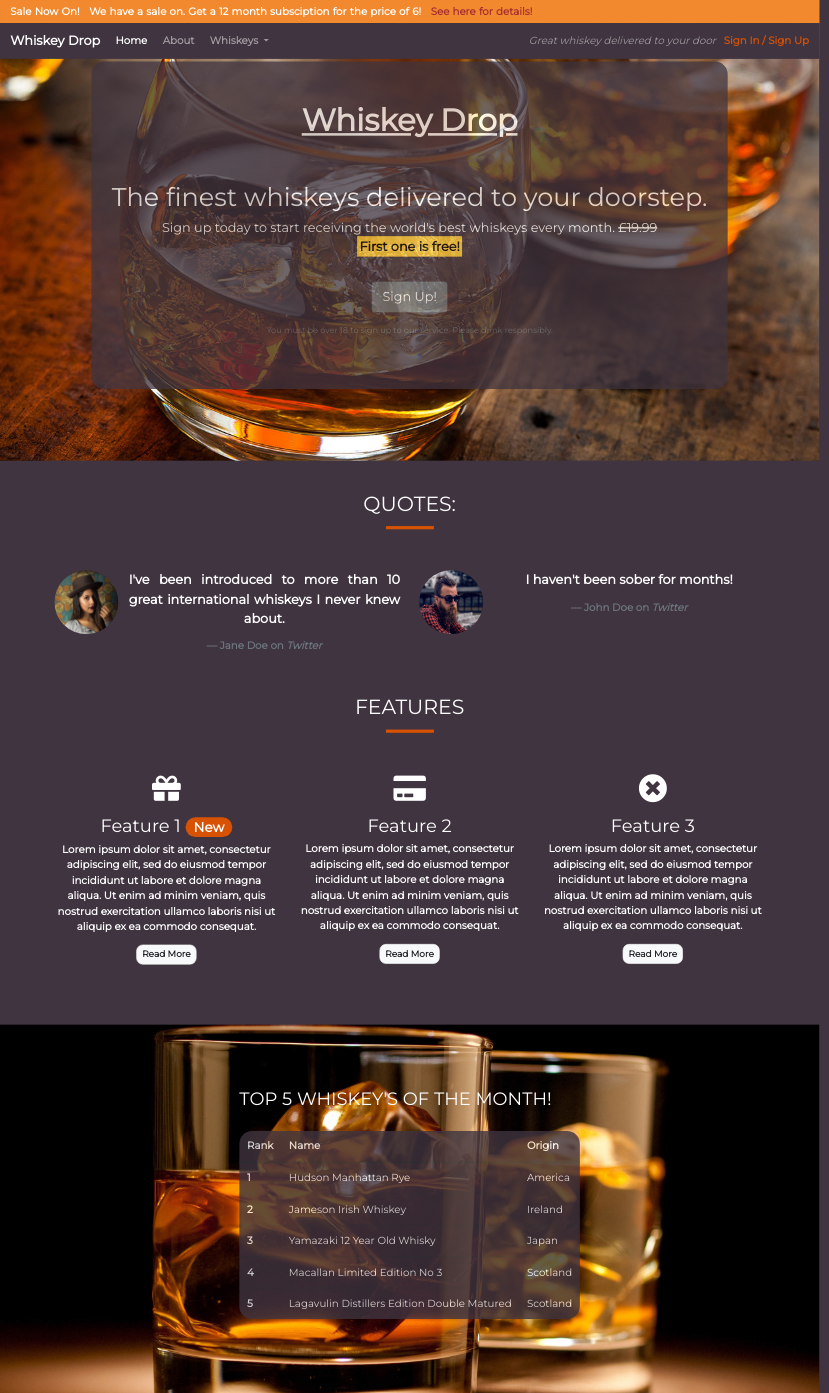
Repository: ClaireRoberts1403/Whiskey-Drop
Page: index.html
The author's editor kept a record of every edit. The page is drawn from the files as they stood at one moment, then again after the next edit.
The browser window is 1280 px wide. The page is 1295 px wide, so the pictures cover 1295 px, including what lies to the right of the window. The pictures show the whole page, at 64% of full size.
Backgrounds fixed to the window are drawn as part of the page. Some web libraries are served in a nearby version.

Above is the page before.

### index.html
<!DOCTYPE html>
<html lang="en-us">

<head>
    <meta charset="utf-8">
    <meta name="viewport" content="width=device-width, initial-scale=1.0">
    <title>Whiskey Drop | Taste a new whiskey every month</title>
    <link rel="stylesheet" href="https://maxcdn.bootstrapcdn.com/bootstrap/4.1.3/css/bootstrap.min.css">
    <link rel="stylesheet" href="https://use.fontawesome.com/releases/v5.6.1/css/all.css" integrity="sha384-gfdkjb5BdAXd+lj+gudLWI+BXq4IuLW5IT+brZEZsLFm++aCMlF1V92rMkPaX4PP" crossorigin="anonymous">
    <link href="https://fonts.googleapis.com/css?family=Montserrat&display=swap" rel="stylesheet">
    <link rel="stylesheet" href="CSS/style.css" type="text/css" />
</head>

<body>
    <!-- Nav-alert -->
    <div class="container-fluid navalert-container">
        <div class="container-fluid alert-container">
            <div class="row d-none d-sm-block">
                <div class="col-12">
                    <div class="alert alert-warning">
                        <strong>Sale Now On!</strong>&nbsp&nbsp We have a sale on. Get a 12 month subsciption for the price of 6! &nbsp <a class="a1" href="">See here for details!</a>
                    </div>
                </div>
            </div>
        </div>
        <!-- Nav -->
        <nav class="navbar navbar-dark navbar-expand-sm bg-dark">
            <a href="/" class="navbar-brand">Whiskey Drop</a>
            <button class="navbar-toggler ml-auto" type="button" data-toggle="collapse" data-target="#navbarNavDropdown" aria-controls="navbarNavDropdown" aria-expanded="false" aria-label="Toggle navigation">
        <span class="navbar-toggler-icon"></span></button>

            <div class="collapse navbar-collapse" id="navbarNavDropdown">
                <ul class="navbar-nav mr-auto">
                    <li class="active nav-item mr-2"><a class="nav-link" href="/">Home</a></li>
                    <li class="nav-item mr-2"><a class="nav-link" href="">About</a></li>
                    <li class="nav-item dropdown">
                        <a class="nav-link dropdown-toggle" href="#" id="navbarDropdownMenuLink" role="button" data-toggle="dropdown" aria-haspopup="true" aria-expanded="false">
                        Whiskeys
                        </a>
                        <div class="dropdown-menu" aria-labelledby="navbarDropdownMenuLink">
                            <a class="dropdown-item" href="#">Irish</a>
                            <a class="dropdown-item" href="#">Scotch</a>
                            <a class="dropdown-item" href="#">Japanese</a>
                            <a class="dropdown-item" href="#">American</a>

                    </li>
                    <li class="nav-item mr-2 d-block d-sm-none"><a class="nav-link" href="">Sign In / Sign Up</a></li>
                </ul>
                </div>
                <div class="d-none d-md-none d-lg-block">
                    <p class="navbar-text my-auto mr-2"><i>Great whiskey delivered to your door</i></p>
                    <a class="a" href="/login">Sign In / Sign Up</a>
                </div>
        </nav>
        </div>
    </div>
    <!-- Jumbotron -->
    <div class="container-fluid callout-container">
        <div class="row">
            <div class="col-12">
                <section class="jumbotron text-center">
                    <h1 class="jumbotron-header1">Whiskey Drop<br><br></h1>
                    <h1 class="jumbotron-header">The finest whiskeys delivered to your doorstep.</h1>
                    <p class="lead">Sign up today to start receiving the world's best whiskeys every month.
                        <s class="d-none d-sm-inline">£19.99</s>
                        <span class="d-inline d-sm-none"><br></span>
                        <br><strong><mark>First one is free!</mark></strong></p><br>
                    <p>
                        <button class="btn btn-lg btn-secondary" data-toggle="modal" data-target="#signUpModal">
                        Sign Up!
                        </button>
                    </p>
                    <p class="text-muted"><small>You must be over 18 to sign up to our service. Please drink responsibly.</small>
                    </p>
                </section>
            </div>
        </div>
    </div>
    <!-- Quotes -->
    <div class="container quotes-container">
        <section class="quotes">
            <div class="row">
                <div class="col-12 my-5">
                    <h2 class="text-uppercase">Quotes:</h2>
                    <hr class="block-divider">
                </div>
            </div>
            <div class="row ">
                <div class="col-12 col-md-6">
                    <div class="media">
                        <div class="d-none d-sm-block">
                            <img src="images/girl-image.png" class="rounded-circle mr-3" height=100 width=100>
                        </div>
                        <div class="media-body">
                            <blockquote class="blockquote">
                                <p>I've been introduced to more than 10 great international whiskeys I never knew about.</p>
                                <footer class="blockquote-footer">Jane Doe on <cite title="Twitter">Twitter</cite></footer>
                            </blockquote>
                        </div>
                    </div>
                </div>
                <div class="col-12 col-md-6">
                    <div class="media">
                        <div class="d-none d-sm-block">
                            <img src="images/guy-image.png" class="rounded-circle mr-3" height=100 width=100>
                        </div>
                        <div class="media-body">
                            <blockquote class="blockquote">
                                <p>I haven't been sober for months!</p>
                                <footer class="blockquote-footer">John Doe on <cite title="Twitter">Twitter</cite></footer>
                            </blockquote>
                        </div>
                    </div>
                </div>
            </div>
        </section>

    </div>
    <!-- Features -->
    <div class="container features-container">
        <section class="features">
            <div class="row">
                <div class="col-12 my-5">
                    <h2 class="text-uppercase">Features</h2>
                    <hr class="block-divider">
                </div>
            </div>
            <div class="row">
                <div class="col-12 col-md-6 col-lg-4">
                    <div class="feature ">
                        <h3><i class="fas fa-gift d-none d-sm-block"></i>Feature 1&nbsp<span class="badge badge-pill badge-secondary">New</span></h3>
                        <p>Lorem ipsum dolor sit amet, consectetur adipiscing elit, sed do eiusmod tempor incididunt ut labore et dolore magna aliqua. Ut enim ad minim veniam, quis nostrud exercitation ullamco laboris nisi ut aliquip ex ea commodo consequat.
                        </p>
                        <p><a class="btn btn-sm btn-light " href="#">Read More</a></p>
                    </div>
                </div>
                <div class="col-12 col-md-6 col-lg-4 ">
                    <div class="feature">
                        <h3><i class="fas fa-credit-card d-none d-sm-block"></i>Feature 2</h3>
                        <p>Lorem ipsum dolor sit amet, consectetur adipiscing elit, sed do eiusmod tempor incididunt ut labore et dolore magna aliqua. Ut enim ad minim veniam, quis nostrud exercitation ullamco laboris nisi ut aliquip ex ea commodo consequat.
                        </p>
                        <p><a class="btn btn-sm btn-light" href="#">Read More</a></p>
                    </div>
                </div>
                <div class="col-12 d-md-none d-lg-block col-lg-4">
                    <div class="feature">
                        <h3><i class="fas fa-times-circle d-none d-sm-block"></i>Feature 3</h3>
                        <p>Lorem ipsum dolor sit amet, consectetur adipiscing elit, sed do eiusmod tempor incididunt ut labore et dolore magna aliqua. Ut enim ad minim veniam, quis nostrud exercitation ullamco laboris nisi ut aliquip ex ea commodo consequat.
                        </p>
                        <p><a class="btn btn-sm btn-light" href="#">Read More</a></p>
                    </div>
                </div>
            </div>
        </section>
    </div>
    <br>
    <!-- Favourites -->
    <div class="container-fluid favourites-container">
        <div class="row">
            <div class="col-12 my-5">
                <section>
                    <table class="table table-dark">
                        <thead>
                            <h3 class="text-uppercase">Top 5 Whiskey's of the Month!</h3>
                            <br>
                            <tr>
                                <th scope="col">Rank</th>
                                <th scope="col">Name</th>
                                <th scope="col">Origin</th>
                            </tr>
                        </thead>
                        <tbody>
                            <tr>
                                <th scope="row">1</th>
                                <td>Hudson Manhattan Rye</td>
                                <td>America</td>
                            </tr>
                            <tr>
                                <th scope="row">2</th>
                                <td>Jameson Irish Whiskey</td>
                                <td>Ireland</td>
                            </tr>
                            <tr>
                                <th scope="row">3</th>
                                <td>Yamazaki 12 Year Old Whisky</td>
                                <td>Japan</td>
                            </tr>
                            <tr>
                                <th scope="row">4</th>
                                <td>Macallan Limited Edition No 3</td>
                                <td>Scotland</td>
                            </tr>
                            <tr>
                                <th scope="row">5</th>
                                <td>Lagavulin Distillers Edition Double Matured</td>
                                <td>Scotland</td>
                            </tr>
                        </tbody>
                    </table>
                </section>
            </div>
        </div>
    </div>
    <!-- Modal -->
    <div class="modal" tabindex="-1" role="dialog" id="signUpModal">
        <div class="modal-dialog" role="document">
            <div class="modal-content">
                <div class="modal-header">
                    <h5 class="modal-title">Sign Up To Whiskey Drop!</h5>
                    <button type="button" class="close" data-dismiss="modal" aria-label="Close">
          <span aria-hidden="true">&times;</span>
        </button>
                </div>
                <div class="modal-body">
                    <form>
                        <div class="form-group">
                            <label for="exampleInputEmail1">Email address</label>
                            <input type="email" class="form-control" id="exampleInputEmail1" aria-describedby="emailHelp" placeholder="Enter email">
                            <small id="emailHelp" class="form-text text-muted">We'll never share your email with anyone else.</small>
                        </div>
                        <div class="form-group">
                            <label for="password">Password</label>
                            <input type="password" class="form-control" id="password" placeholder="Password">
                        </div>
                        <div class="form-group">
                            <label for="repeatPassword">Repeat Password</label>
                            <input type="password" class="form-control" id="repeatPassword" placeholder="Repeat Password">
                        </div>
                        <button type="submit" class="btn btn-secondary">Submit</button>
                    </form>
                </div>
            </div>
        </div>
    </div>
</body>
<script src="https://code.jquery.com/jquery-3.3.1.slim.min.js " integrity="sha384-q8i/X+965DzO0rT7abK41JStQIAqVgRVzpbzo5smXKp4YfRvH+8abtTE1Pi6jizo " crossorigin="anonymous "></script>
<script src="https://cdnjs.cloudflare.com/ajax/libs/popper.js/1.14.7/umd/popper.min.js " integrity="sha384-UO2eT0CpHqdSJQ6hJty5KVphtPhzWj9WO1clHTMGa3JDZwrnQq4sF86dIHNDz0W1 " crossorigin="anonymous "></script>
<script src="https://stackpath.bootstrapcdn.com/bootstrap/4.3.1/js/bootstrap.min.js " integrity="sha384-JjSmVgyd0p3pXB1rRibZUAYoIIy6OrQ6VrjIEaFf/nJGzIxFDsf4x0xIM+B07jRM " crossorigin="anonymous "></script>

</html>

### CSS/style.css
body {
    font-family: 'Montserrat', sans-serif;
    background-color: #3F343F;
}

/* Nav */

.navbar {
    background-color: #3F343F!important;
}

.a {
    color: #D85204;
    text-decoration: none;
    background-color: transparent;
    font-weight: bold;
}

.a1 {
    color: #A53131;
    text-decoration: none;
    background-color: transparent;
    font-weight: bold;
}

.a1:hover {
    color: #D85204;
}

.a:hover {
    color: #F24C26;
}

.navbar-brand {
    font-weight: bold;
}

.navalert-container {
    position: absolute;
    top: 0;
    left: 0;
    z-index: 1;
    padding-left: 0;
    padding-right: 0;
}



.navbar {
    margin-bottom: 0;
    width: 100%;
    background-color: #3F343F;
    border: 0;
}



.navbar .navbar-toggler {
    border: 0;
}


.navbar .navbar-brand {
    font-weight: bold;
}

.navbar .navbar-nav a {
    font-weight: bold;
}


.dropdown-item {
    color: #3F343F;
}

.dropdown-item:hover {
    background-color: #D6C9C1;
}


/* Containers */

/*
.container-wrapper {}

.container-wrapper--red {
    background-color: #f05f40;
    color: white;
}
*/

.alert-container {
    padding: 0;
}

.alert-warning {
    border-radius: 0;
    margin-bottom: 0;
    padding: 5px 15px;
    background-color: #F2892E;
    border-color: #F2892E;
    color: white;
    font-weight: bold;
    word-spacing: 0.05em;
}

.callout-container {
    height: 100vh;
    background: url('../images/bourbon-on-the-rocks.jpg') no-repeat center center fixed;
    -webkit-background-size: cover;
    -moz-background-size: cover;
    -o-background-size: cover;
    background-size: cover;

    display: flex;
    align-items: center;
    justify-content: center;

    position: relative;
}
/* center center =bottom right*/



.callout-container .mark, mark {
    background-color: #ffce3b;
    font-weight: bold;
}
/*
.content-container {
    padding-top: 75px;
    padding-bottom: 75px;
}*/

.quotes-container {
    background-color: #3F343F;
    color: white;
    font-weight: bold;
    background-size: cover;
    display: flex;
    align-items: center;
    justify-content: center;
    text-align-last: center;
    text-align: justify;
    position: relative;

}

.features-container {
    color: white;
    font-weight: bold;
    text-align-last: center;
    text-align: justify;
}


/* Features*/

.features .btn {
    border-radius: 10px;
    font-weight: bold;
}



.feature i {
    margin-bottom: 20px;
    font-size: 45px;
    line-height: 45px;
}


.badge-secondary {
    background-color: #D85204;
}

/* Block dividers */

.block-divider {
    width: 75px;
    height: 5px;
    border: 0;
    background-color: #D85204;
}



/* Favourites */

.favourites-container {
    margin-top: 30px;
    display: flex;
    align-items: center;
    justify-content: center;
    height: 80vh;
    color: white;
    background: url('../images/whisky-glass.jpg') no-repeat center center fixed;
    -webkit-background-size: cover;
    -moz-background-size: cover;
    -o-background-size: cover;
    background-size: cover;

}

.table-dark {
    background-color: #3F343F;
    opacity: 0.8;
    border-radius: 20px;
    border-color: transparent;
    border: hidden;
}

/* Jumbotron */

.jumbotron {
    background-color: #3F343F;
    opacity: 0.75;
    margin-top: 1em;
    border-radius: 20px;
    color: white;
}


.jumbotron text-center jumbotron-header {
    color: white;
    font-weight: bold;
    margin-bottom: 30px;
}

.jumbotron-header1 {
    color: white;
    font-weight: bolder;
    text-shadow: 2px 2px 2px #3F343F;
    font-size: 3em;
    text-decoration: underline;
}

@media (min-width:760px) {

    .jumbotron:hover {
        font-size: 1.5em;
        transition-duration: 2s;
        transition-timing-function: ease-in-out;
        opacity: 0.85;
    }

}
==============================================================================




/* Jumbotron

.jumbotron {
    background-color: transparent;
}

.jumbotron h1 {
    color: white;
    font-weight: bold;
    margin-bottom: 30px;
    color: white;
}

.jumbotron .lead {
    color: #a7a7a7;
    margin: 25px 0;
}

.jumbotron small {
    font-size: 60%;
    font-style: italic;
    color: #d0d0d0;
}
*/



/* Alert */

.alert-container .col-12 {
    padding-left: 0;
    padding-right: 0;
}

.site-wide-alert {
    color: #544600;
    background-color: #eec802;
    border-color: #eec802;
    padding: 5px 15px;
    margin-bottom: 0;
    border: 1px solid transparent;
    border-radius: 0;
}



/* Quotes */

.quotes .page-header {
    margin-bottom: 25px;
}

/* Features */

.feature {
    text-align: center;
    margin-bottom: 40px;
}

After the next edit:
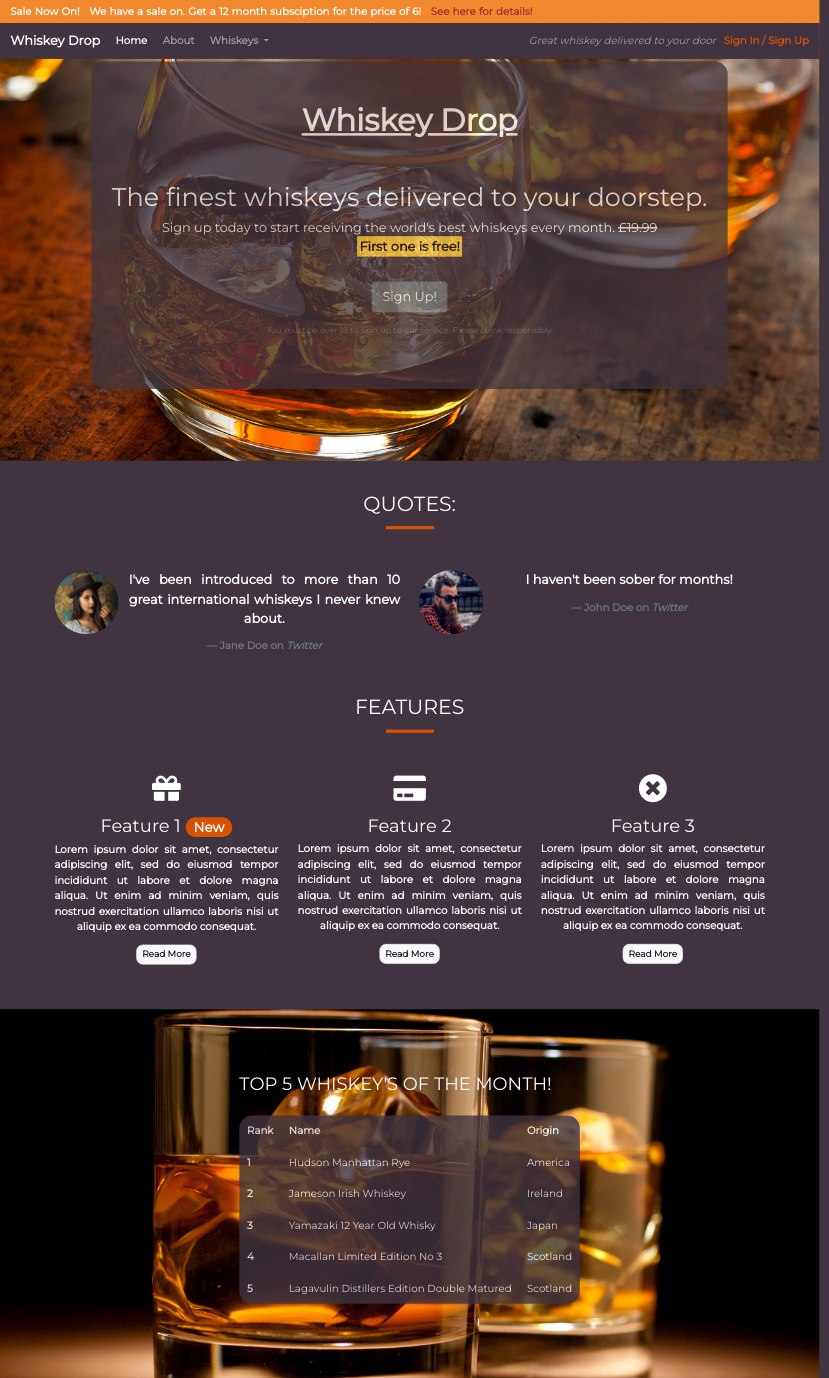
The edit:
--- a/CSS/style.css
+++ b/CSS/style.css
@@ -303,8 +303,3 @@
 }
 
 /* Features */
-
-.feature {
-    text-align: center;
-    margin-bottom: 40px;
-}

After the edit that followed:
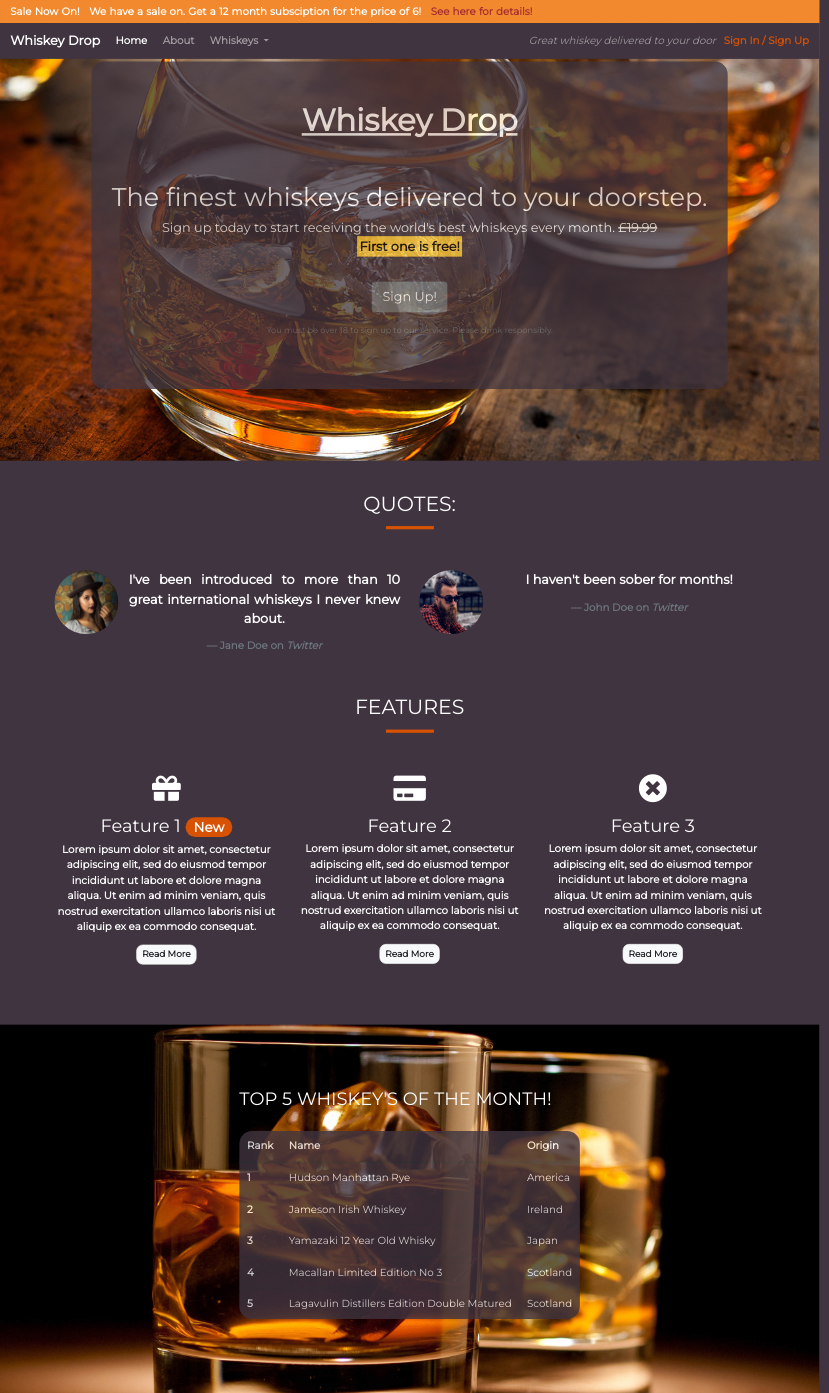
The edit:
--- a/CSS/style.css
+++ b/CSS/style.css
@@ -162,6 +162,10 @@
 }
 
 
+.feature {
+    text-align: center;
+    margin-bottom: 40px;
+}
 
 .feature i {
     margin-bottom: 20px;
